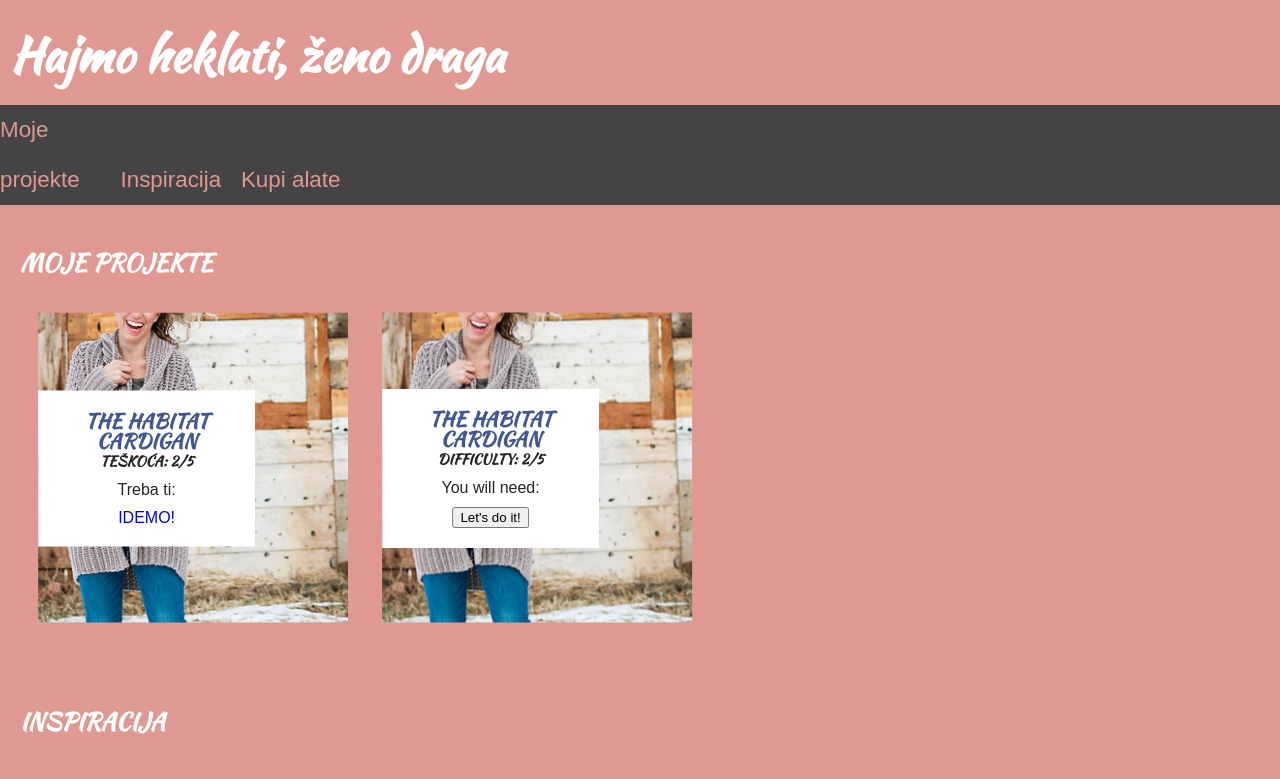
Repository: sdnc/Heklamo
Page: index.html
These files come from the project's save history. The page is drawn as it stood at one moment and after the next save; the edit follows.
The browser window is 1280 px wide. The pictures show the whole page.

Above is the page before, as saved 2020-12-24 15:15:13.
Console error: ReferenceError: $ is not defined

After the next save:
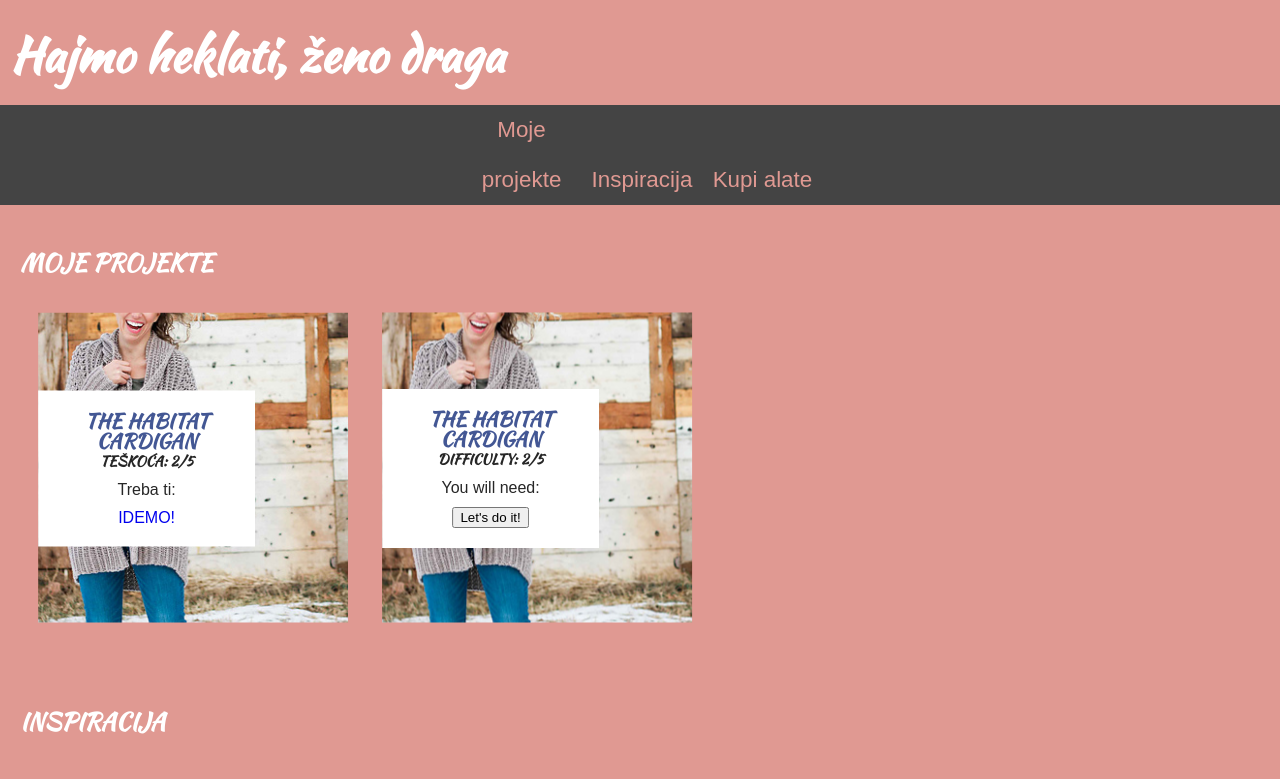
Saved 23 s later.
--- a/styles.css
+++ b/styles.css
@@ -14,6 +14,7 @@ h1 {
   font-size: 48;
   margin: 20px 0 15px 10px;
   color: white;
+  border-color: blue;
 }
 
 h3 {
@@ -27,7 +28,7 @@ h3 {
 .nav ul {
   list-style: none;
   background-color: #444;
-  text-align: left;
+  text-align: center;
   padding: 0;
   margin: 0;
 }
